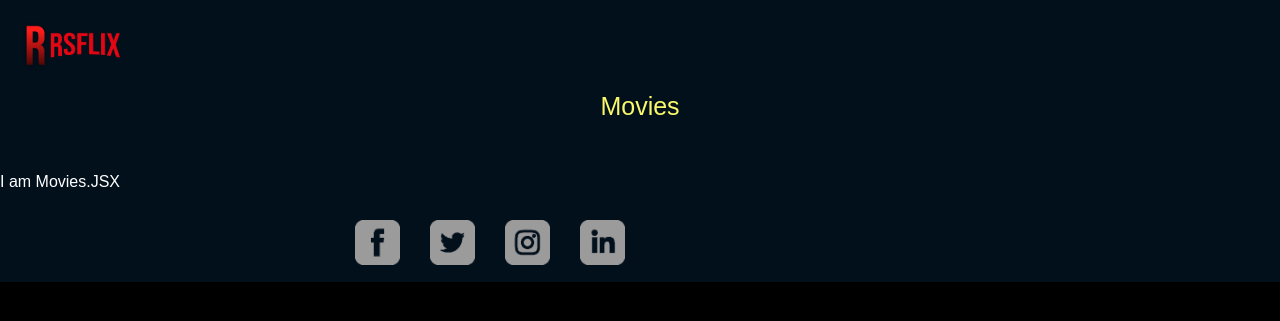
Repository: ronnysalas459/final_project_react
Page: /
An editor plug-in stored every save of this project. The page is shown before and after a run of saves, followed by the edit.
The browser window is 1280 px wide. The pictures show the whole page.
The project was rebuilt for these pictures with package versions that can differ from the ones it lists, and the page was loaded fresh each time. Also part of the build but not shown: src/containers/Favorites.jsx.

Above is the page before, as saved 2021-09-28 20:11:50.

After the next 2 saves:
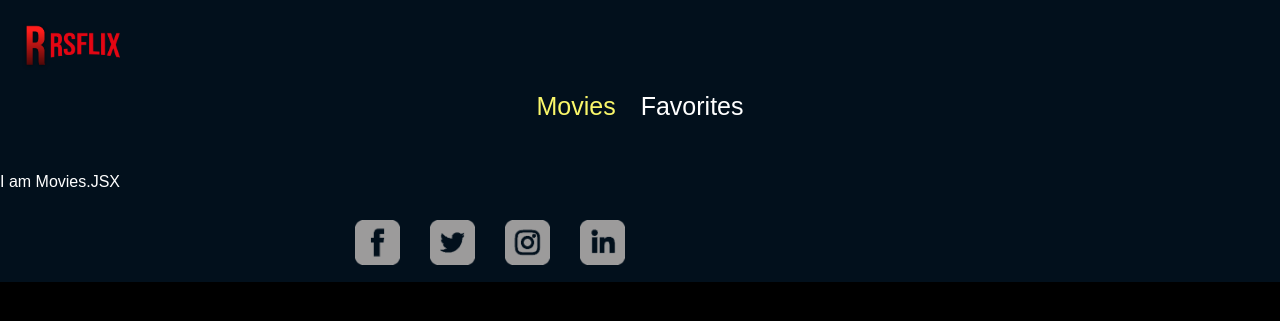
The 2 saves are shown as one change because they came seconds apart.
The last was saved 2 min 3 s later.
--- a/src/components/Header.jsx
+++ b/src/components/Header.jsx
@@ -27,6 +27,14 @@ const Header = () => {
           >
             <Link to="/">Movies</Link>
           </li>
+          <li
+            onClick={() => handleSetSection("Favorites")}
+            className={`header__nav__options-item ${
+              sectionActive === "Favorites" ? "active" : ""
+            }`}
+          >
+            <Link to="/favorites">Favorites</Link>
+          </li>
         </ul>
       </nav>
     </header>
